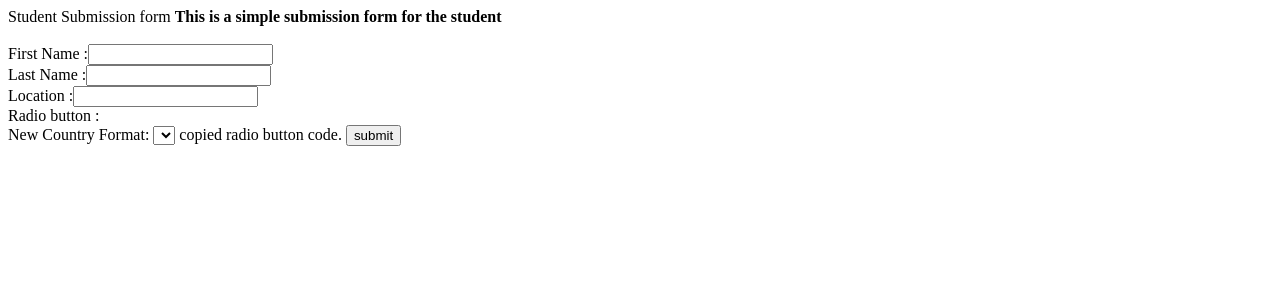
Repository: mdmyr/SpringFrameWorkout
Page: http://localhost/Spring-mvc-DropDownlist/WEB-INF/view/StudentValidationForm.jsp
The author's editor kept a copy of each file at every save. The page is drawn from the files as they stood at one save, then again after the next save.
The browser window is 1280 px wide. The pictures show the whole page.
The page is served by Tomcat 9. Nobody is signed in. The template is opened directly, without the code that normally fills it, so the values that code supplies are empty.

Above is the page before, as saved 2020-12-10 03:34:26.

After the next save:
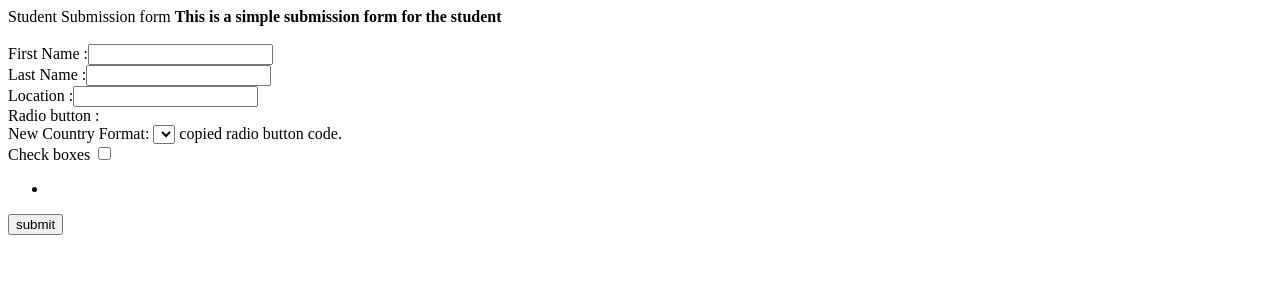
Saved 14 h 54 min later.
--- a/Spring-mvc-DropDownlist/WebContent/WEB-INF/view/StudentValidationForm.jsp
+++ b/Spring-mvc-DropDownlist/WebContent/WEB-INF/view/StudentValidationForm.jsp
@@ -40,6 +40,18 @@
 
  <form:radiobuttons path="Language" items="${programminglkp}"  />
 
+ <br>
+Check boxes
+
+ <form:checkbox path="operatingSystems" />
+
+<!--  listing items on the page -->
+ <ul>
+	<li></li>
+
+ </ul>
+
+
  <input type="Submit" value = "submit">
 </form:form>
 
